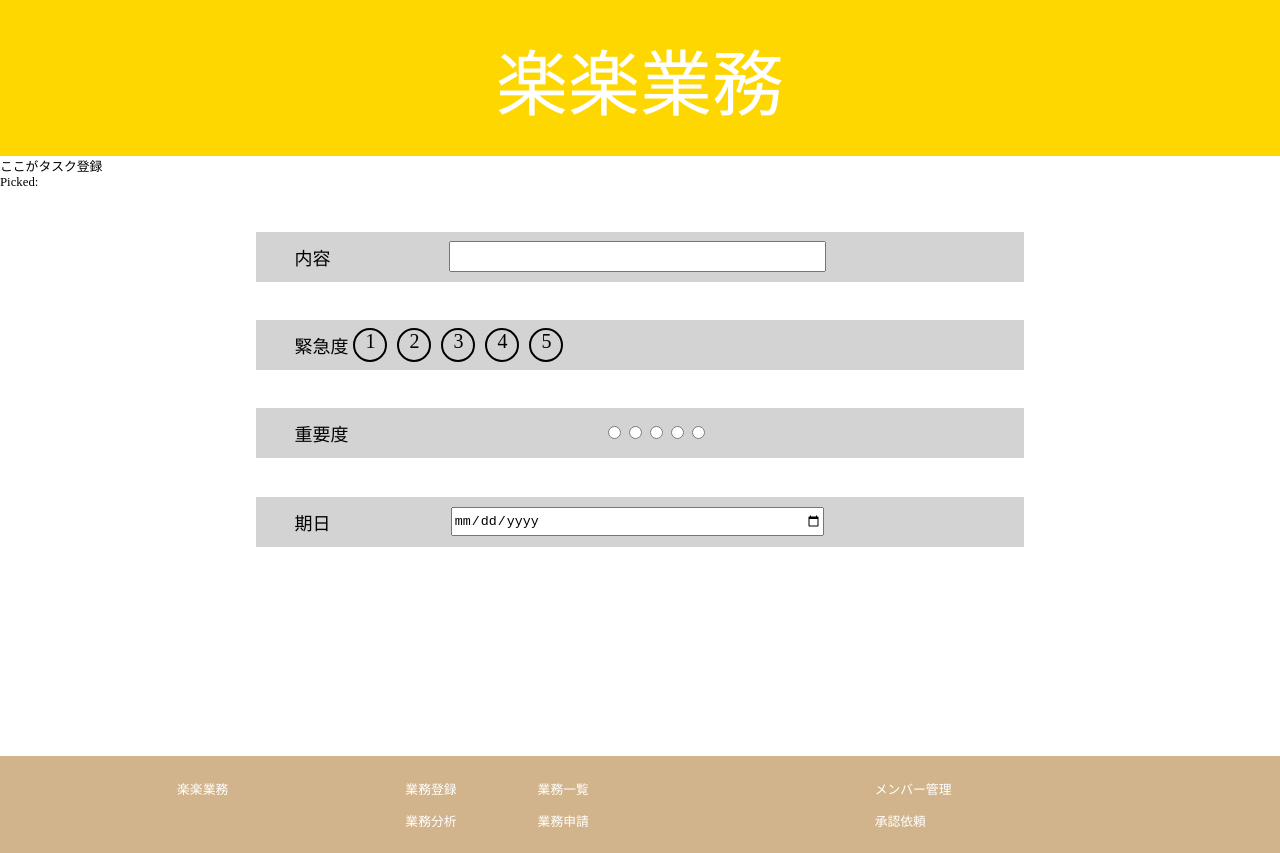
Repository: Reiya-1003/VueReplaceTask
Page: /#/register
These files come from the project's save history. The page is drawn as it stood at one moment and after the next save; the edit follows.
The browser window is 1280 px wide. The pictures show the whole page.
The project was rebuilt for these pictures with package versions that can differ from the ones it lists, and the page was loaded fresh each time. Also part of the build but not shown: vue.config.js, src/components/pages/PageHome.vue.

Above is the page before, as saved 2022-06-16 16:47:08.

### public/index.html
<!DOCTYPE html>
<html lang="">
  <head>
    <meta charset="utf-8">
    <meta http-equiv="X-UA-Compatible" content="IE=edge">
    <meta name="viewport" content="width=device-width,initial-scale=1.0">
    <link rel="icon" href="<%= BASE_URL %>favicon.ico">
    <link rel="stylesheet" href="style.css">
    <title><%= htmlWebpackPlugin.options.title %></title>
  </head>
  <body>
    <noscript>
      <strong>We're sorry but <%= htmlWebpackPlugin.options.title %> doesn't work properly without JavaScript enabled. Please enable it to continue.</strong>
    </noscript>
    <div id="app"></div>
    <!-- built files will be auto injected -->
  </body>
</html>

### src/main.js
import Vue from 'vue'
import App from './App.vue'
import router from './roter'

Vue.config.productionTip = false


new Vue({
  router,
  render: h => h(App),
}).$mount('#app')

### src/App.vue
<template>
  <div>
      <PageHeader />

        <!-- <PageHome /> -->
        <router-view />

      <PageFooter />
  </div>
</template>

<script>
import PageHeader from "./components/modules/PageHeader";
import PageFooter from "./components/modules/PageFooter";


export default {
  name: 'App',
  components: {
    PageHeader,
    PageFooter,


  },

}
</script>

<style>

</style>

### src/roter.js
import Vue from 'vue'
import VueRouter from 'vue-router'
import Home from '@/components/pages/PageHome.vue'
import Register from '@/components/pages/PageRegister.vue'




Vue.use(VueRouter)

export default new VueRouter({
  // デフォルトの挙動では URL に `#` が含まれる.
  // URL から hash を取り除くには `mode:history` を指定する
  // mode: 'history',
  base: __dirname,

  routes: [
    {
      path: '/',
      name: 'home',
      component: Home
    },
    {
      path: '/register',
      name: 'register',
      component: Register
    },



  ]

})

### src/components/modules/PageHeader.vue
<template>
  <header id="headerblock">

    <h1 id="title" ><router-link to="/" >楽楽業務</router-link></h1>


  </header>
</template>

<script>
export default {
  name: 'PageHeader',

}
</script>


<style lang="scss" type="text/css">
  #headerblock{
    height: 10%;
    width: 100%;
    background-color: #ffd700;
    h1{
      margin: 0;
      text-align: center;
      padding: 2%;
      color: white;
      font-size: 10vh;
      font-weight: normal;
      a{
      cursor: pointer;
      color: inherit;
      text-decoration: none;
    }
    }


  }
</style>

### src/components/modules/PageFooter.vue
<template>
  <div id="footblock">

    <div class="flexitem1">
      <p><router-link to="/" >楽楽業務</router-link></p>
    </div>
    <div class="flexitem2">
      <div>
        <!-- roter-linkになると思う -->
        <p><router-link to="/register">業務登録</router-link></p>
        <p>業務分析</p>
      </div>
      <div class="item">
        <p>業務一覧</p>
        <p>業務申請</p>
      </div>
    </div>
    <div class="flexitem3">
      <p>メンバー管理</p>
      <p>承認依頼</p>
    </div>


  </div>
</template>

<script>
export default {
  name: 'PageFooter',

}
</script>


<style lang="scss" type="text/css">
  #footblock{
    background-color: #d2b48c;
    color: white;
    display: flex;
    justify-content: space-around;

    .flexitem1{
      width: 100%;
      text-align: center;
      padding-top: 10px;
      padding-bottom: 10px;
      a{
      cursor: pointer;
      color: inherit;
      text-decoration: none;
      }
    }
    .flexitem2{
      width: 100%;
      display: flex;
      padding-top: 10px;
      padding-bottom: 10px;
      justify-content: flex-start;
      a{
      cursor: pointer;
      color: inherit;
      text-decoration: none;
      }
      .item{
        padding-left: 20%;
      }
    }
    .flexitem3{
      padding-top: 10px;
      padding-bottom: 10px;
      padding-left: 5%;
      width: 100%;
      a{
      cursor: pointer;
      color: inherit;
      text-decoration: none;
      }
    }
  }
</style>

### src/components/pages/PageRegister.vue
<template>
  <div style="height: 600px">
    <div>ここがタスク登録</div>
    <span>Picked: {{ picked }}</span>

    <div class="listbox">
      <div class="listitem">
        <span class="itemtitle">内容</span
        ><span class="item"><input type="text" class="textinput" /></span>
      </div>
      <div class="listitem">
        <span class="itemtitle">緊急度</span>
        <span class="item">
          <input type="radio" id="one" value="one" name="Urgency" class="radioinput" v-model="picked"/><label
            for="one"
            >1</label>
          <input type="radio" id="two" value="two" name="Urgency" class="radioinput" v-model="picked"/><label
            for="two"
            >2</label>
            <input type="radio" id="three" value="three" name="Urgency" class="radioinput" v-model="picked"/><label
            for="three"
            >3</label>
            <input type="radio" id="four" value="four" name="Urgency" class="radioinput" v-model="picked"/><label
            for="four"
            >4</label>
            <input type="radio" id="five" value="five" name="Urgency" class="radioinput" v-model="picked"/><label
            for="five"
            >5</label>

        </span>
      </div>
      <div class="listitem">
        <span class="itemtitle">重要度</span
        ><span class="item"
          ><input type="radio" /><input type="radio" /><input
            type="radio" /><input type="radio" /><input type="radio"
        /></span>
      </div>
      <div class="listitem">
        <span class="itemtitle">期日</span
        ><span class="item"><input type="date" class="dateinput" /></span>
      </div>
    </div>
  </div>
</template>

<script>
export default {
  name: "PageRegister",
  data(){
    return{
      picked:""
    }
  }
};
</script>

<style lang="scss" type="text/css">
.listbox {
  margin: 3px auto;
  height: 400px;
  width: 60%;
  display: flex;
  flex-direction: column;

  .listitem {
    height: 50px;
    display: flex;
    align-items: center;
    margin-top: 5%;
    background-color: lightgray;
    text-align: center;
    .itemtitle {
      margin-left: 5%;
      font-size: large;
    }
    .item {
      width: 80%;
      .textinput {
        width: 60%;
        height: 25px;
      }
      .dateinput {
        width: 60%;
        height: 25px;
      }
      .radioinput{
        display: none;
      }

input[type="radio"]::checked + label {
background: #31A9EE;/* マウス選択時の背景色を指定する */
color: #ffffff; /* マウス選択時のフォント色を指定する */
}
label:hover {
background-color: #E2EDF9; /* マウスオーバー時の背景色を指定する */
}
label {
    display: block;
    float: left;
    margin: 5px;
    width: 30px;
    height: 30px;
    text-align: center;
    cursor: pointer;
    border: 2px solid;
    border-radius: 50%;
    font-size: 20px;
}




    }
  }
}
</style>

### public/style.css
body{
  margin: 0;
  font-size: 1vmax;
}

After the next save:
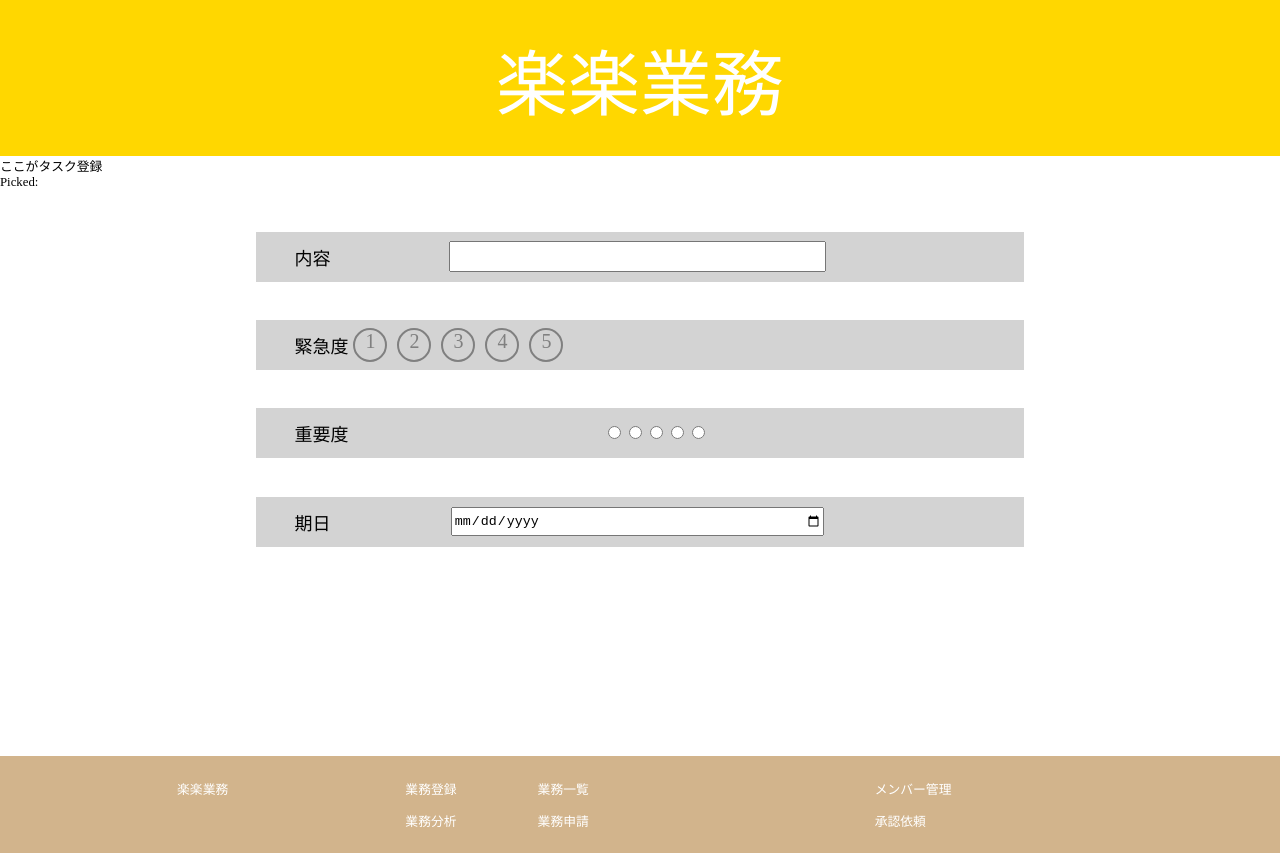
Saved 23 s later.
--- a/src/components/pages/PageRegister.vue
+++ b/src/components/pages/PageRegister.vue
@@ -102,6 +102,7 @@ label {
     width: 30px;
     height: 30px;
     text-align: center;
+    color: gray;
     cursor: pointer;
     border: 2px solid;
     border-radius: 50%;
